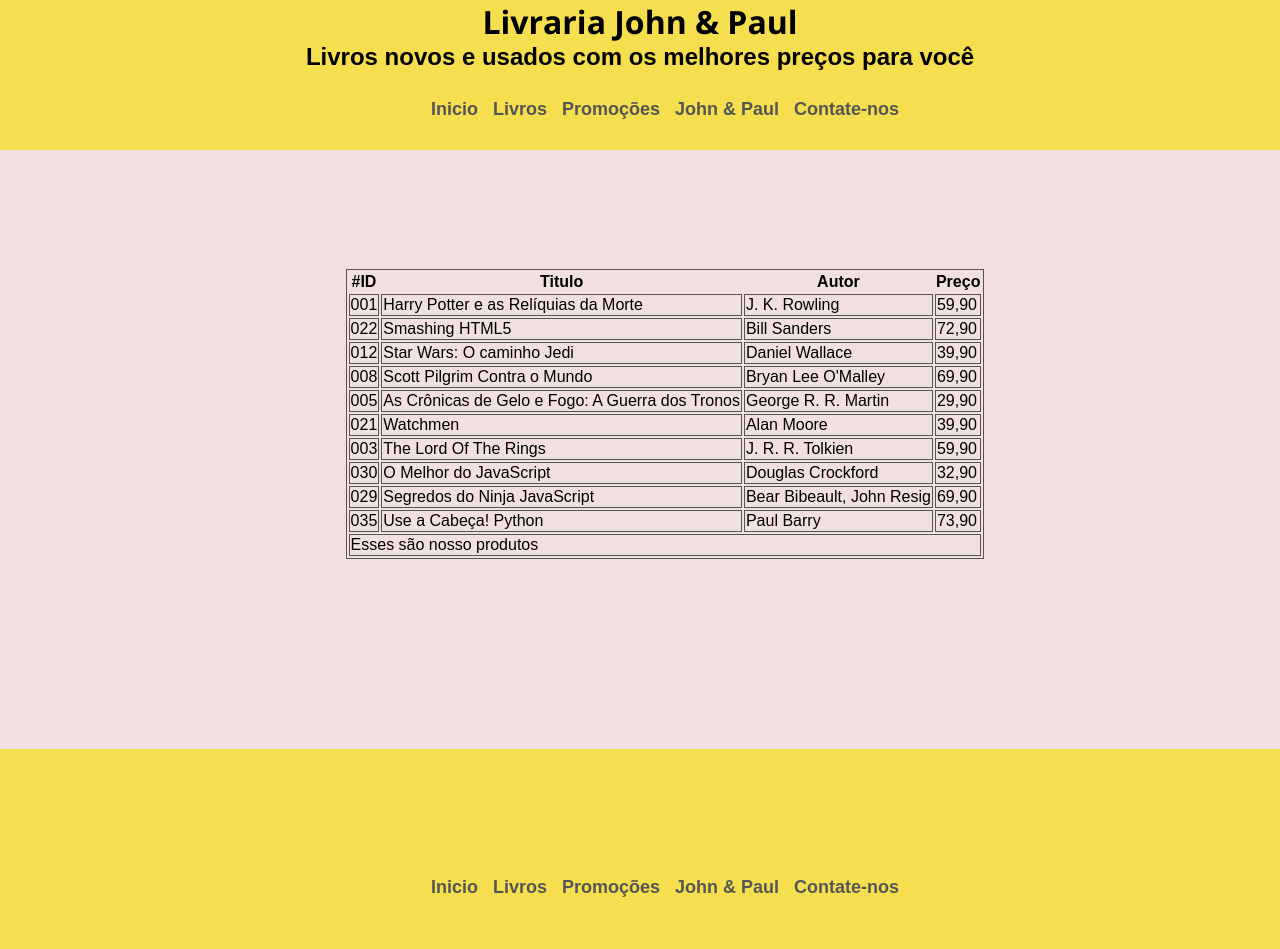
Repository: MarcoantonioCaldeira/Site-livraria-John-e-Paul
Page: produtos.html
The author's editor kept a copy of each file at every save. The page is drawn from the files as they stood at one save, then again after the next save.
The browser window is 1280 px wide. The pictures show the whole page.

Above is the page before, as saved 2022-09-25 09:35:22.

After the next save:
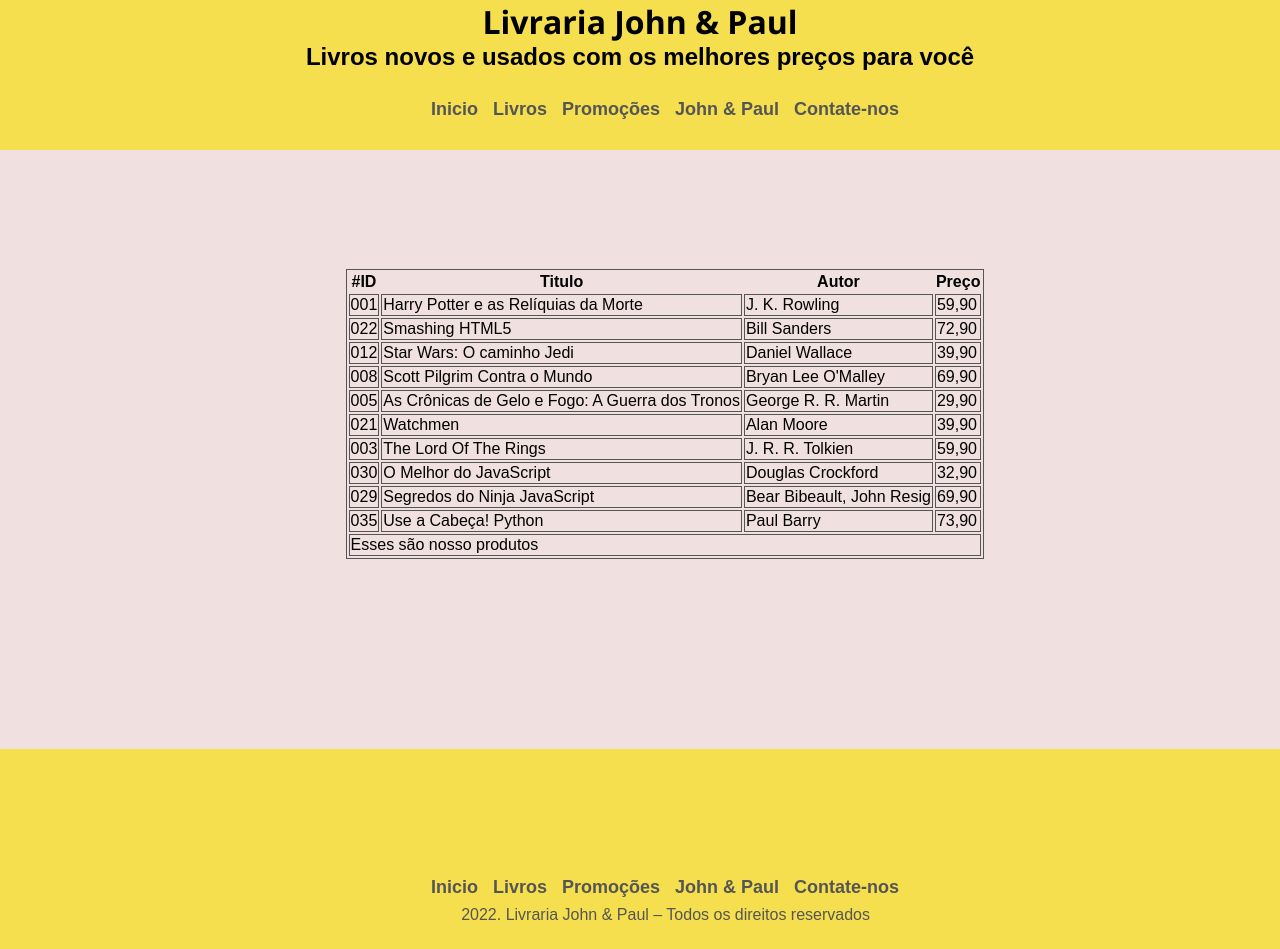
Saved 58 s later.
--- a/produtos.html
+++ b/produtos.html
@@ -108,6 +108,7 @@
       <li><a href="sobre.html">John & Paul</a></li>
       <li><a href="contato.html">Contate-nos</a></li>
    </ul>
+   <p>2022. Livraria John & Paul – Todos os direitos reservados</p>
 </footer>
 </body>
 </html>
